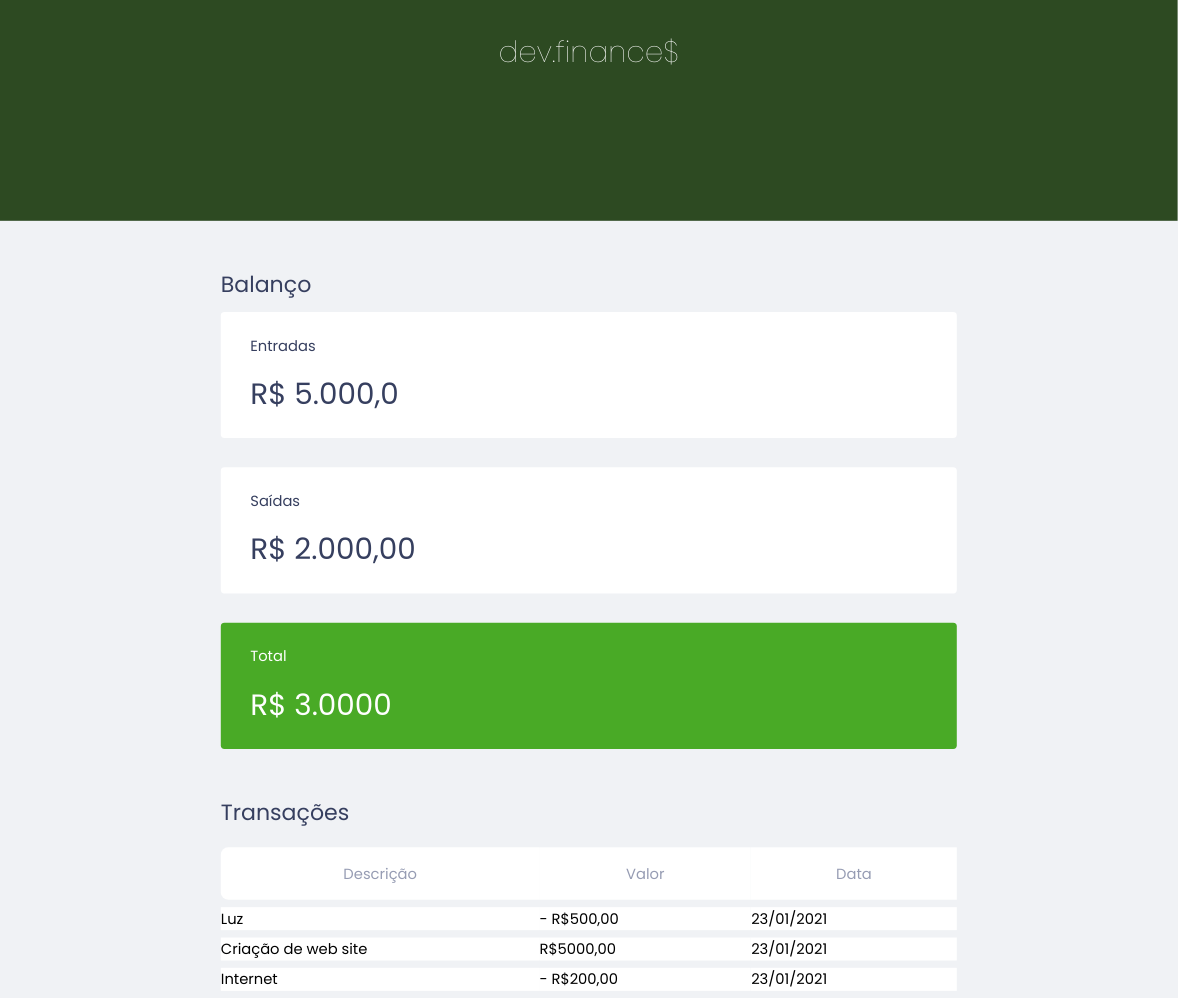
Repository: rafaelmgr12/maratona-dev01
Page: index.html
An editor plug-in stored every save of this project. The page is shown before and after a run of saves, followed by the edit.
The browser window is 1280 px wide. The pictures show the whole page, at 92% of full size.

Above is the page before, as saved 2021-04-26 20:49:56.

After the next 2 saves:
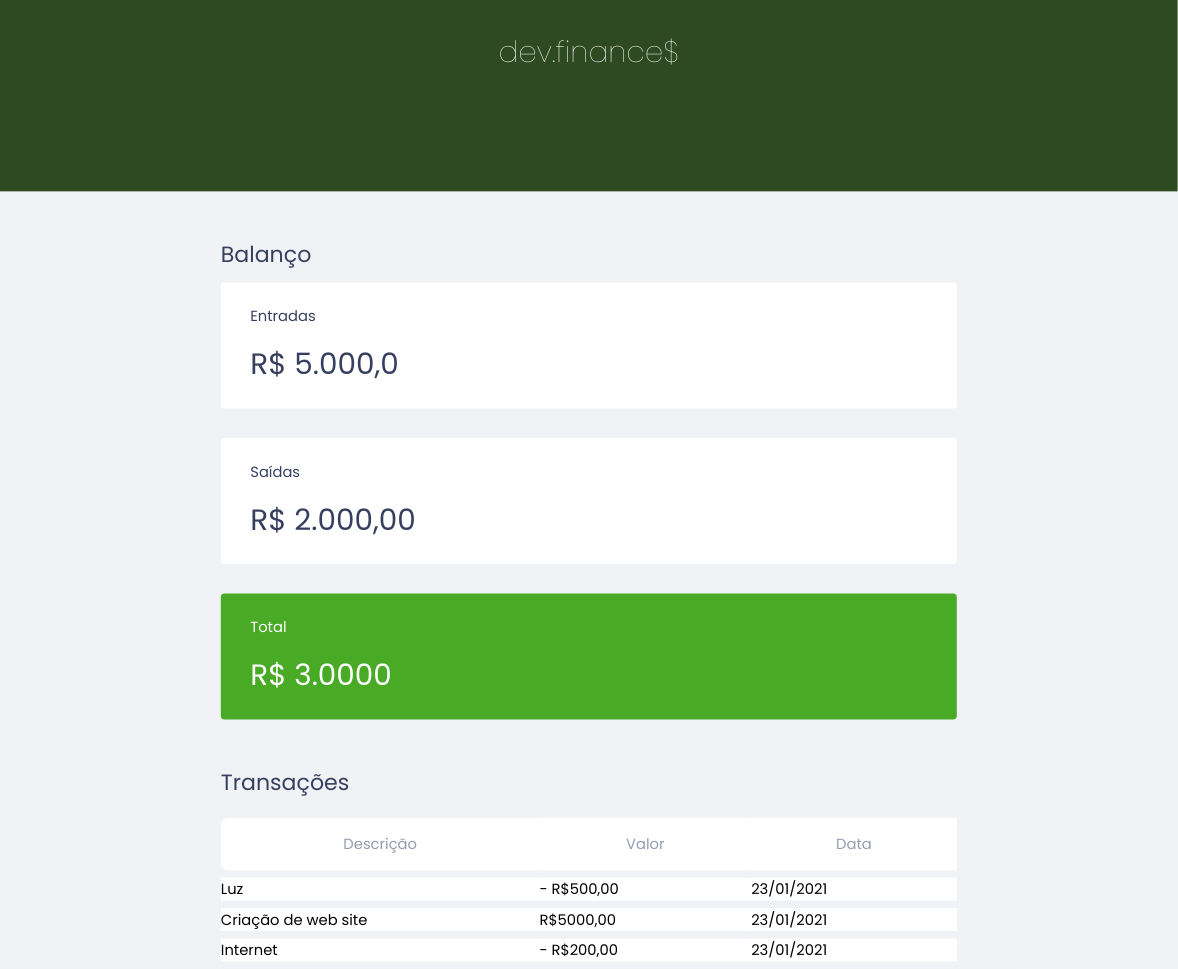
The 2 saves are shown as one change because they came seconds apart.
The last was saved 27 s later.
--- a/style.css
+++ b/style.css
@@ -28,7 +28,7 @@ h2 {
 /* Header ======================================== */
 header {
   background: #2d4a22;
-  padding: 2rem 0 10rem;
+  padding: 2rem 0 8rem;
   text-align: center;
 }
 
